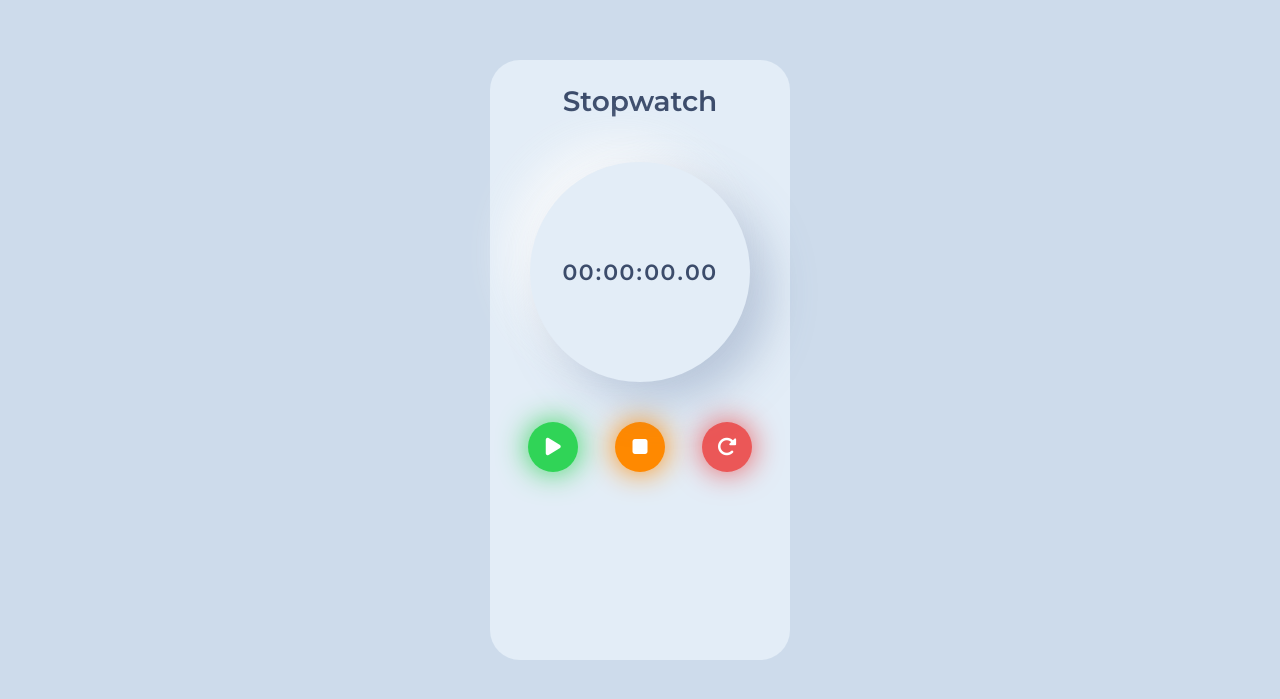
Repository: dinhtri123/stopwatch
Page: index.html
An editor plug-in stored every save of this project. The page is shown before and after the next save, followed by the edit.
The browser window is 1280 px wide. The pictures show the whole page.

Above is the page before, as saved 2023-01-05 15:47:00.

After the next save:
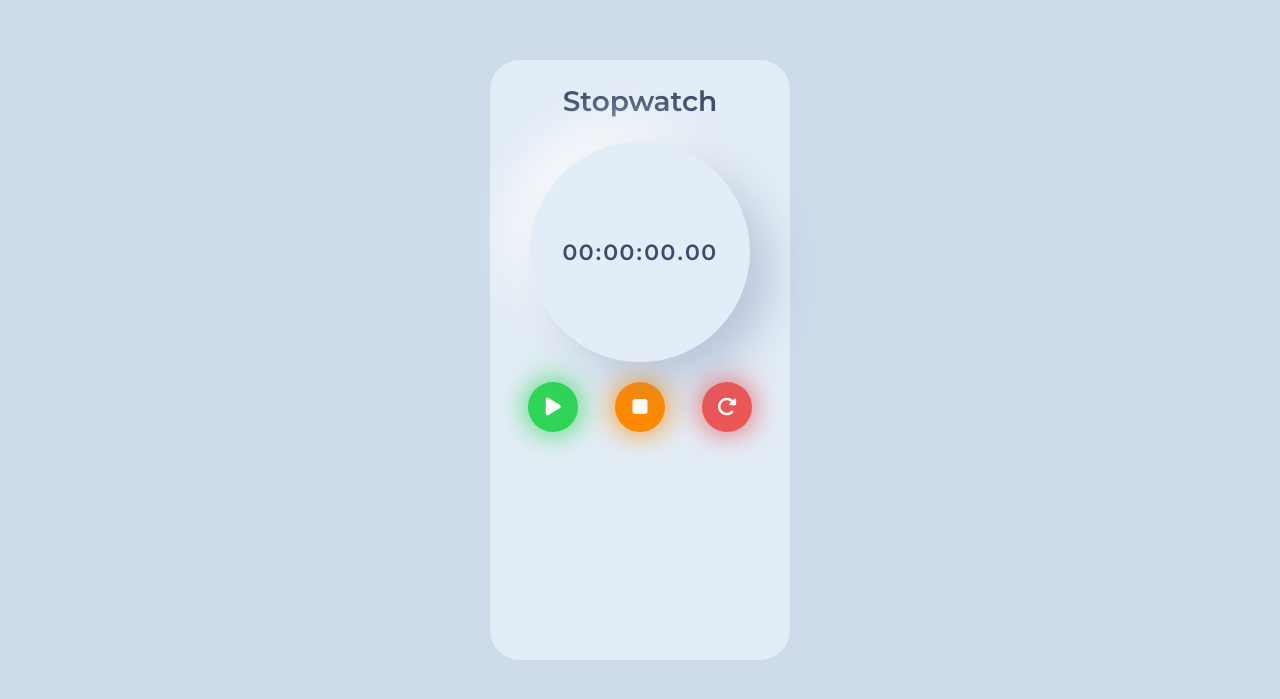
Saved 11 s later.
--- a/style.css
+++ b/style.css
@@ -27,7 +27,7 @@ body {
   flex-direction: column;
   justify-content: flex-start;
   align-items: center;
-  gap: 40px;
+  gap: 20px;
 }
 h3 {
   font-size: 28px;
